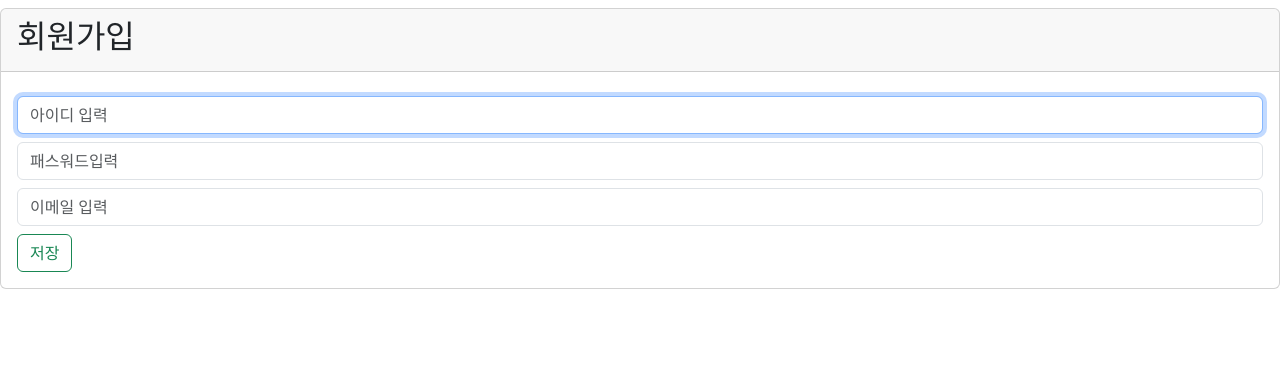
Repository: ldj0905/javaproject
Page: http://localhost/lab05_jsp/user/signup
The author's editor kept a copy of each file at every save. The page is drawn from the files as they stood at one save, then again after the next save.
The browser window is 1280 px wide. The pictures show the whole page.
The page is served by Tomcat 10.

Above is the page before, as saved 2024-05-30 09:31:54.

After the next save:
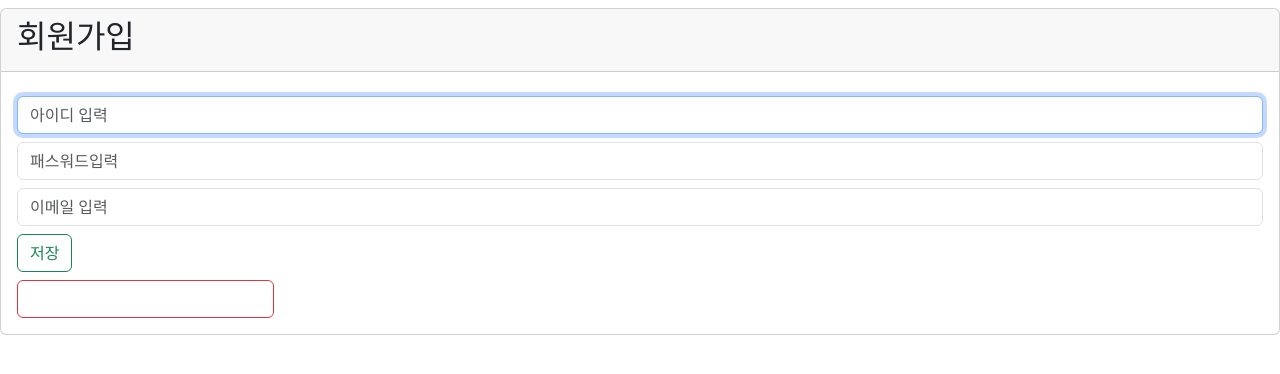
Saved 24 min 55 s later.
--- a/lab05_jsp/src/main/webapp/WEB-INF/views/user/signup.jsp
+++ b/lab05_jsp/src/main/webapp/WEB-INF/views/user/signup.jsp
@@ -42,6 +42,9 @@
                     <div class="mt-2">
                         <input class="btn btn-outline-success"
                             type="submit" value="저장" />
+                    <div class="mt-2">
+                        <input class="btn btn-outline-danger"
+                    </div>
                     </div>
                 </form>
             </div>
